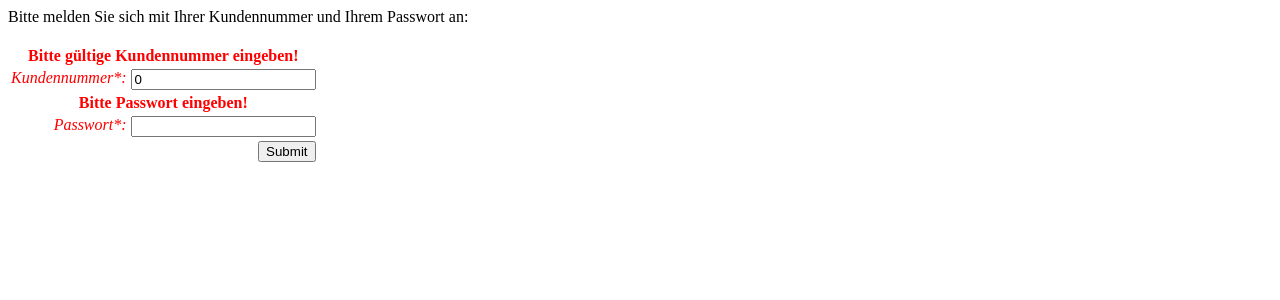
Repository: exic/VIS-Labor
Page: http://localhost/vislabor/user_login.action
The author's editor kept a copy of each file at every save. The page is drawn from the files as they stood at one save, then again after the next save.
The browser window is 1280 px wide. The pictures show the whole page.
The page is served by Tomcat 9. Other server files are loaded and not shown.

Above is the page before, as saved 2011-05-14 16:12:02.

### workspace/vislabor/WebContent/pages/LoginUser.jsp
<%@ page contentType="text/html; charset=UTF-8"%>
<!DOCTYPE html PUBLIC "-//W3C//DTD HTML 4.01 Transitional//EN" "http://www.w3.org/TR/html4/loose.dtd">
<%@ taglib prefix="s" uri="/struts-tags"  %>

<html>
<head>
<meta http-equiv="Content-Type" content="text/html; charset=ISO-8859-1">
<title>Login</title>
	<s:head/>
</head>
<body>

	<s:text name="Bitte melden Sie sich mit Ihrer Kundennummer und Ihrem Passwort an:" />

	<s:form action="user_login">
		<s:textfield name="id" label="Kundennummer" size="20" required="true"/>
		<s:password name="password" label="Passwort" size="20" required="true"/><br>

		<s:submit />
	</s:form>

	 <font color="red">
	 	<s:actionerror label="label" />
	 </font>

 </body>
</html>

After the next save:
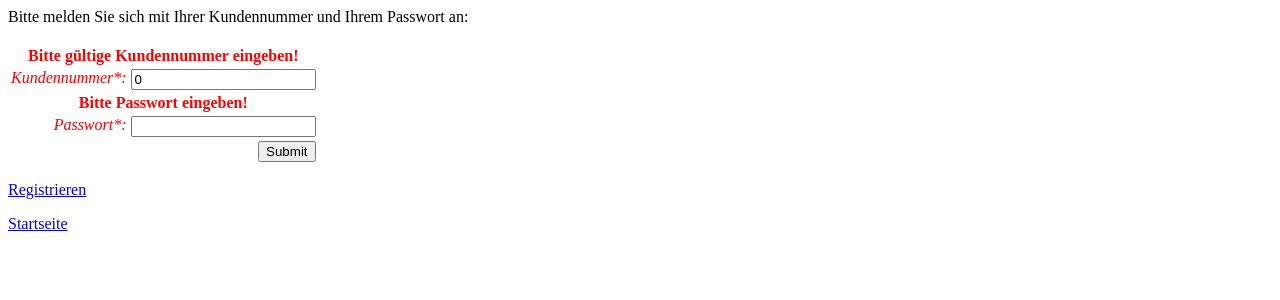
Saved 35 s later.
--- a/workspace/vislabor/WebContent/pages/LoginUser.jsp
+++ b/workspace/vislabor/WebContent/pages/LoginUser.jsp
@@ -23,5 +23,8 @@
 	 	<s:actionerror label="label" />
 	 </font>
 
+	 <p><a href="<s:url action="forward_to_register"/>">Registrieren</a> </p>
+	 <p><a href="<s:url action="forward_to_home"/>">Startseite</a> </p>
+
  </body>
 </html>
